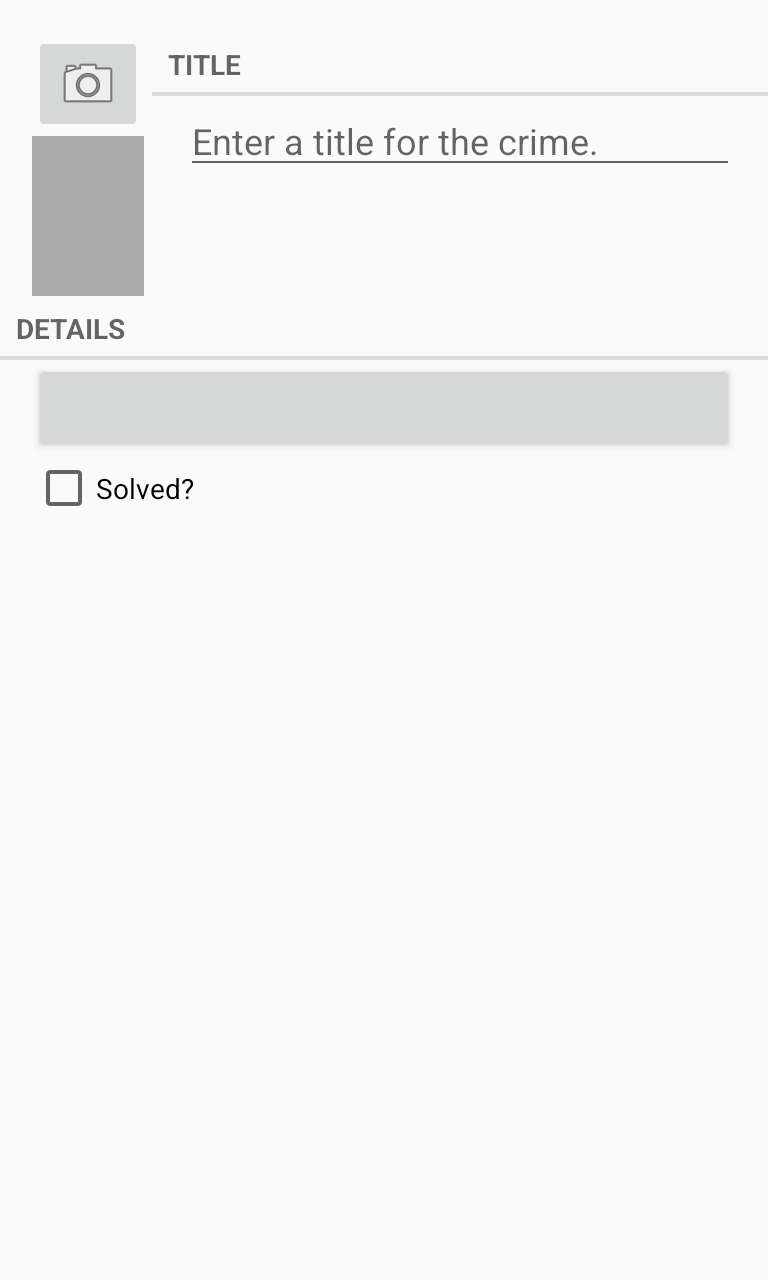
Repository: p-tricky/Android
Layout: CriminalIntent/res/layout/fragment_criminal.xml
The author's editor kept a copy of each file at every save. The layout is drawn from the files as they stood at one save, then again after the next save.
It is drawn on a 768 x 1280 px phone screen (xhdpi) without system bars, with theme AppTheme; the app's code is not run.

Above is the layout before, as saved 2014-09-06 05:19:51.

### CriminalIntent/res/layout/fragment_criminal.xml
<?xml version="1.0" encoding="utf-8"?>
<LinearLayout xmlns:android="http://schemas.android.com/apk/res/android"
    android:layout_width="match_parent"
    android:layout_height="match_parent"
    android:orientation="vertical" >

    <LinearLayout
        android:layout_width="fill_parent"
        android:layout_height="wrap_content"
        android:orientation="horizontal"
        android:layout_marginLeft="16dp"
        android:layout_marginTop="16dp">

        <LinearLayout
            android:layout_width="wrap_content"
            android:layout_height="wrap_content"
            android:orientation="vertical"
        	android:layout_marginRight="4dp">

			<ImageButton
			    android:id="@+id/crime_imageButton"
			    android:layout_width="match_parent"
			    android:layout_height="wrap_content"
			    android:src="@android:drawable/ic_menu_camera" />

			<ImageView
			    android:id="@+id/crime_imageView"
			    android:layout_width="match_parent"
			    android:layout_height="80dp"
			    android:scaleType="centerInside"
			    android:background="@android:color/darker_gray"
			    android:cropToPadding="true" />

    	</LinearLayout>

        <LinearLayout
            android:layout_width="wrap_content"
            android:layout_height="wrap_content"
            android:orientation="vertical"
        	android:layout_weight="1">

    		<TextView
        		android:layout_width="match_parent"
        		android:layout_height="wrap_content"
        		android:text="@string/crime_title_label"
        		style="?android:listSeparatorTextViewStyle" />

    		<EditText
        		android:id="@+id/crime_title"
        		android:layout_width="match_parent"
        		android:layout_height="wrap_content"
        		android:layout_marginLeft="16dp"
        		android:layout_marginRight="16dp"
        		android:hint="@string/crime_title_hint" />

    	</LinearLayout>

    </LinearLayout>


    <TextView
        android:layout_width="match_parent"
        android:layout_height="wrap_content"
        android:text="@string/crime_details_label"
        style="?android:listSeparatorTextViewStyle"
        />

    <Button
        android:id="@+id/crime_date"
        android:layout_width="match_parent"
        android:layout_height="wrap_content"
        android:layout_marginLeft="16dp"
        android:layout_marginRight="16dp"
        />

    <CheckBox
        android:id="@+id/crime_solved"
        android:layout_width="match_parent"
        android:layout_height="wrap_content"
        android:layout_marginLeft="16dp"
        android:layout_marginRight="16dp"
        android:text="@string/crime_solved_label"
        />

</LinearLayout>

### CriminalIntent/res/values/strings.xml
<?xml version="1.0" encoding="utf-8"?>
<resources>

    <string name="app_name">CriminalIntent</string>
    <string name="title_activity_crime">CriminalAcivity</string>
    <string name="crime_title_hint">Enter a title for the crime.</string>
    <string name="crime_title_label">Title</string>
    <string name="crime_details_label">Details</string>
    <string name="crime_solved_label">Solved?</string>
    <string name="crimes_title">Crimes</string>
    <string name="date_picker_title">Date of crime:</string>
    <string name="new_crime">New Crime</string>
    <string name="show_subtitle">Show Subtitle</string>
    <string name="hide_subtitle">Hide Subtitle</string>
    <string name="subtitle">If you see something, say something.</string>
    <string name="delete_crime">Delete</string>
    <string name="take">Take</string>

</resources>

Loaded but not shown: CriminalIntent/res/values/styles.xml (common file); CriminalIntent/res/values-v11/styles.xml (common file); CriminalIntent/res/values-v14/styles.xml (common file)

After the next save:
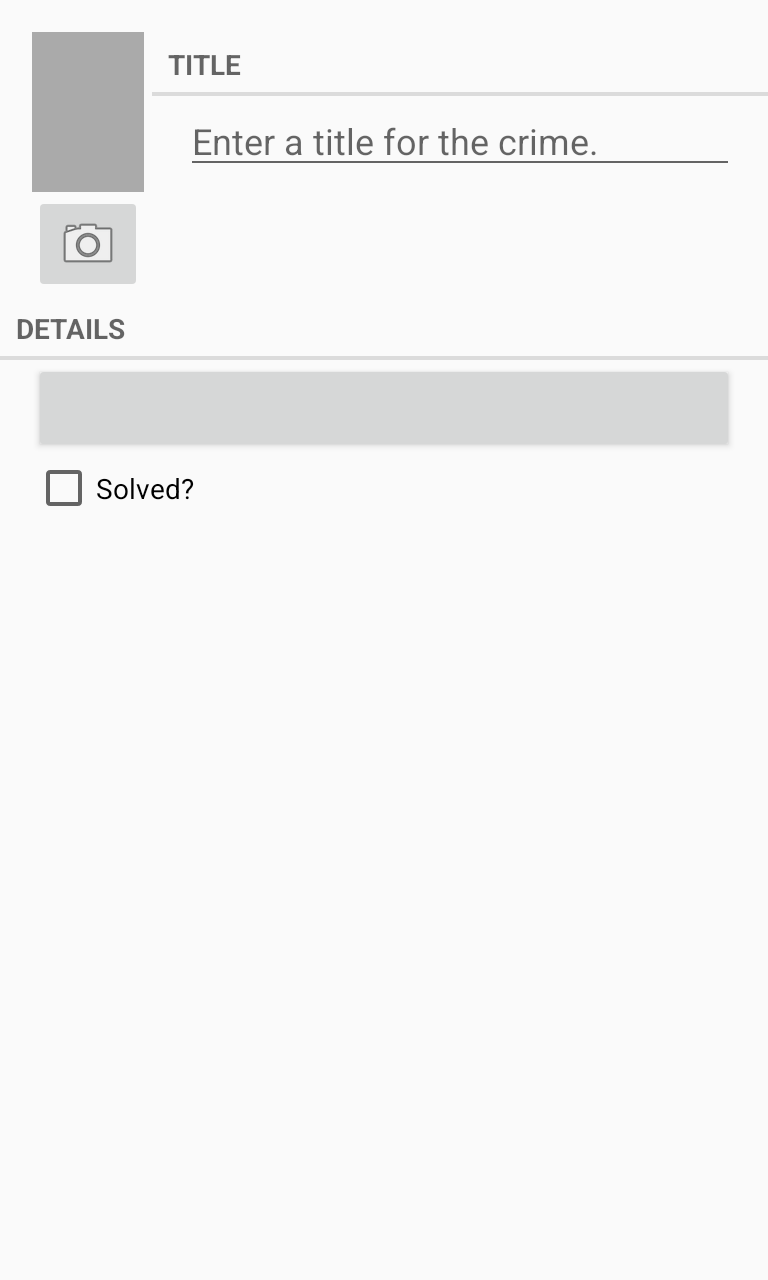
Saved 3 min 39 s later.
--- a/CriminalIntent/res/layout/fragment_criminal.xml
+++ b/CriminalIntent/res/layout/fragment_criminal.xml
@@ -17,12 +17,6 @@
             android:orientation="vertical"
         	android:layout_marginRight="4dp">
 
-			<ImageButton
-			    android:id="@+id/crime_imageButton"
-			    android:layout_width="match_parent"
-			    android:layout_height="wrap_content"
-			    android:src="@android:drawable/ic_menu_camera" />
-
 			<ImageView
 			    android:id="@+id/crime_imageView"
 			    android:layout_width="match_parent"
@@ -30,6 +24,13 @@
 			    android:scaleType="centerInside"
 			    android:background="@android:color/darker_gray"
 			    android:cropToPadding="true" />
+
+			<ImageButton
+			    android:id="@+id/crime_imageButton"
+			    android:layout_width="match_parent"
+			    android:layout_height="wrap_content"
+			    android:src="@android:drawable/ic_menu_camera" />
+
 
     	</LinearLayout>
 
